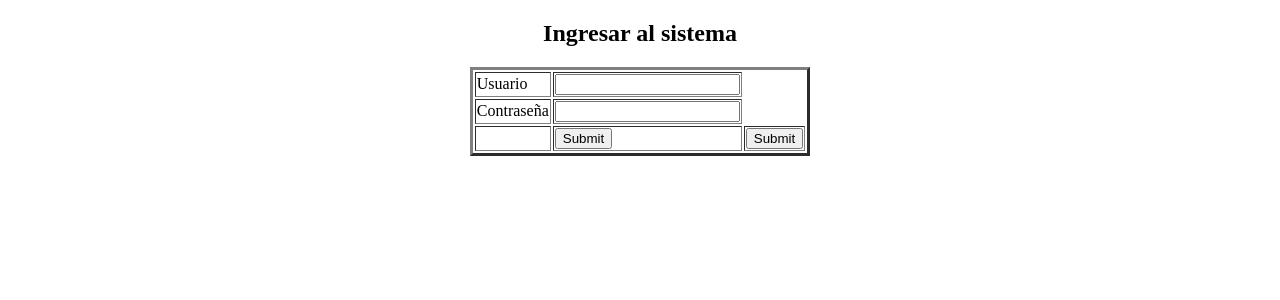
Repository: NayshaOCruz98/CL2ORTIZ
Page: http://localhost/LPII_CL2_ORTIZCRUZNAYSHA/
The author's editor kept a copy of each file at every save. The page is drawn from the files as they stood at one save, then again after the next save.
The browser window is 1280 px wide. The pictures show the whole page.
The page is served by Tomcat 9.

Above is the page before, as saved 2023-10-24 19:09:56.

After the next save:
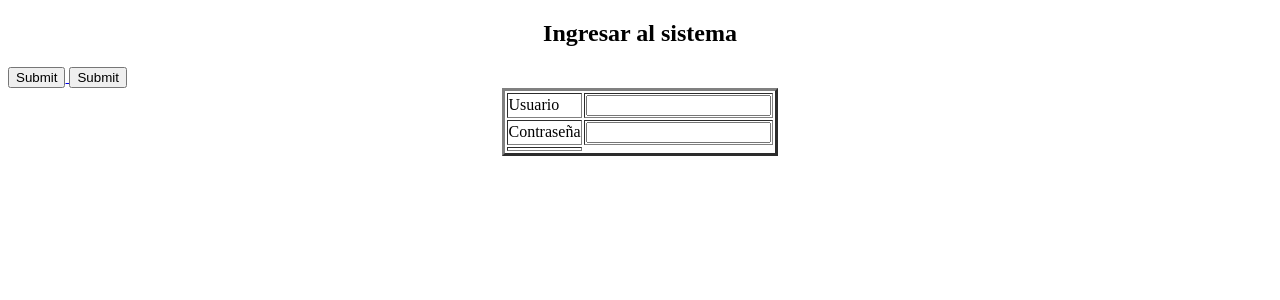
Saved 91 s later.
--- a/LPII_CL2_ORTIZCRUZNAYSHA/src/main/webapp/index.jsp
+++ b/LPII_CL2_ORTIZCRUZNAYSHA/src/main/webapp/index.jsp
@@ -23,8 +23,8 @@
 </tr>
 <tr>
 <td colspan="1"></td>
-<td><input type="submit" name="Registra usuario"></td>
-<td><a href="ControladorServletprod"> <input type="submit" name="Ingresar"></td>
+<input type="submit" name="Registra usuario">
+<a href="ControladorServletprod"> <input type="submit" name="Ingresar">
 </tr>
 
 
